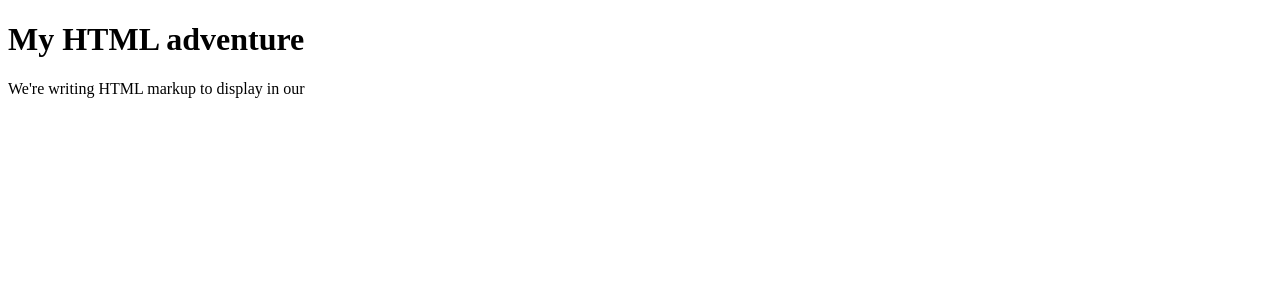
Repository: peterclermy232/phase-0-the-dom-editing-lab
Page: index.html
The author's editor kept a copy of each file at every save. The page is drawn from the files as they stood at one save, then again after a run of saves.
The browser window is 1280 px wide. The pictures show the whole page.

Above is the page before, as saved 2022-06-02 19:12:56.

### index.html
<!-- Write your code here! -->
<!DOCTYPE html>
<html lang="en">
<head>
    <meta charset="UTF-8">
    <meta http-equiv="X-UA-Compatible" content="IE=edge">
    <meta name="viewport" content="width=device-width, initial-scale=1.0">
    <title>Introduction to the DOM Lab</title>
</head>
<body>
    <h1>My HTML adventure</h1>
    <p>
        We're writing HTML markup to display in our <strong></strong>
    </p>
</body>
</html>

After the next 2 saves:
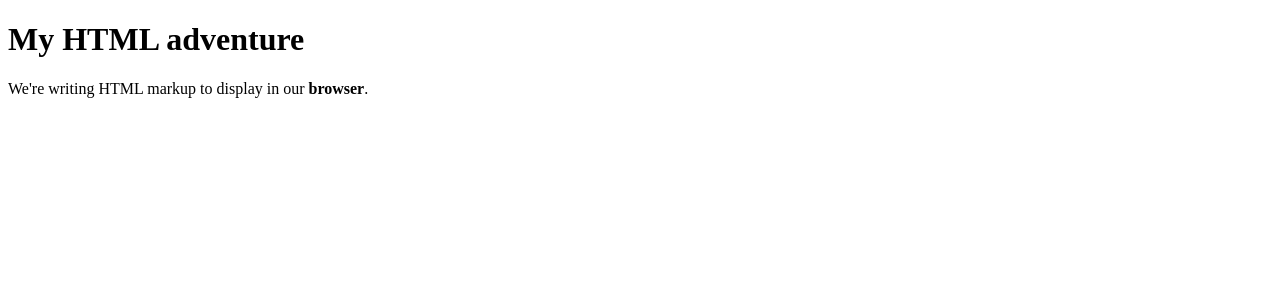
The 2 saves are shown as one change because they came seconds apart.
The last was saved 11 s later.
--- a/index.html
+++ b/index.html
@@ -10,7 +10,7 @@
 <body>
     <h1>My HTML adventure</h1>
     <p>
-        We're writing HTML markup to display in our <strong></strong>
+        We're writing HTML markup to display in our <strong>browser</strong>.
     </p>
 </body>
 </html>
